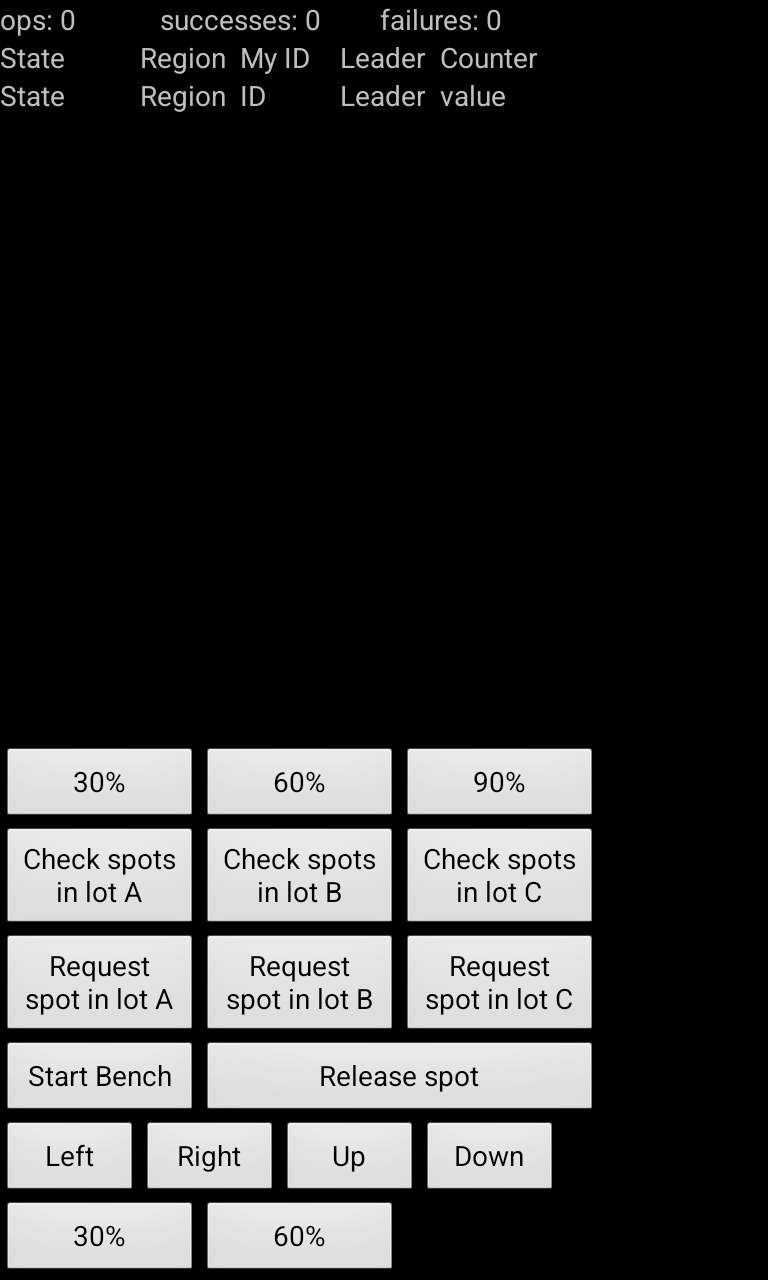
Repository: jasongao/csmcode
Layout: current/workspace/VNConsistent/res/layout/main.xml
An editor plug-in stored every save of this project. The layout is shown before and after a run of saves, followed by the edit.
It is drawn on a 768 x 1280 px phone screen (xhdpi) without system bars, with theme android:Theme; the app's code is not run. Lists and similar views that code fills are empty.

Above is the layout before, as saved 2011-07-14 21:36:33.

### current/workspace/VNConsistent/res/layout/main.xml
<?xml version="1.0" encoding="utf-8"?>
<LinearLayout xmlns:android="http://schemas.android.com/apk/res/android"
	android:orientation="vertical" android:layout_width="fill_parent"
	android:layout_height="fill_parent">

	<LinearLayout android:layout_width="match_parent"
		android:layout_height="wrap_content" android:id="@+id/CountInfoLayout">
		<TextView android:text="ops: 0" android:layout_height="wrap_content"
			android:id="@+id/opcount_tv" android:layout_width="80dip"></TextView>
		<TextView android:text="successes: 0" android:layout_height="wrap_content"
			android:id="@+id/successcount_tv" android:layout_width="110dip"></TextView>
		<TextView android:text="failures: 0" android:layout_height="wrap_content"
			android:id="@+id/failurecount_tv" android:layout_width="90dip"></TextView>
	</LinearLayout>

	<LinearLayout android:layout_width="match_parent"
		android:layout_height="wrap_content" android:id="@+id/StatusHeadingLayout">
		<TextView android:text="State" android:id="@+id/TextView04"
			android:layout_height="wrap_content" android:layout_width="70dip"></TextView>
		<TextView android:text="Region" android:layout_width="50dip"
			android:id="@+id/TextView03" android:layout_height="wrap_content"></TextView>
		<TextView android:text="My ID" android:layout_width="50dip"
			android:id="@+id/TextView01" android:layout_height="wrap_content"></TextView>
		<TextView android:layout_height="wrap_content"
			android:layout_width="50dip" android:text="Leader" android:id="@+id/TextView05"></TextView>
		<TextView android:text="Counter" android:layout_height="wrap_content"
			android:id="@+id/TextView06" android:layout_width="75dip"></TextView>
	</LinearLayout>
	<LinearLayout android:layout_width="match_parent"
		android:layout_height="wrap_content" android:id="@+id/StatusInfoLayout">
		<TextView android:text="State" android:layout_height="wrap_content"
			android:id="@+id/state_tv" android:layout_width="70dip"></TextView>
		<TextView android:text="Region" android:layout_height="wrap_content"
			android:layout_width="50dip" android:id="@+id/region_tv"></TextView>
		<TextView android:text="ID" android:layout_width="50dip"
			android:id="@+id/id_tv" android:layout_height="wrap_content"></TextView>
		<TextView android:layout_height="wrap_content"
			android:layout_width="50dip" android:text="Leader" android:id="@+id/leader_tv"></TextView>
		<TextView android:layout_height="wrap_content"
			android:layout_width="75dip" android:text="value" android:id="@+id/csm_tv"></TextView>
	</LinearLayout>

	<ListView android:id="@+id/msgList" android:layout_width="fill_parent"
		android:layout_height="fill_parent" android:stackFromBottom="true"
		android:transcriptMode="alwaysScroll" android:layout_weight="1">
	</ListView>

	<LinearLayout android:layout_width="fill_parent"
		android:orientation="horizontal" android:layout_height="wrap_content"
		android:id="@+id/SetDistributionLayout">
		<Button android:layout_width="100dip" android:text="30%"
			android:id="@+id/setdistribution30_button" android:layout_height="40dip"></Button>
		<Button android:layout_width="100dip" android:text="60%"
			android:id="@+id/setdistribution60_button" android:layout_height="40dip"></Button>
		<Button android:layout_width="100dip" android:text="90%"
			android:id="@+id/setdistribution90_button" android:layout_height="40dip"></Button>
	</LinearLayout>

	<LinearLayout android:layout_width="fill_parent"
		android:orientation="horizontal" android:layout_height="wrap_content"
		android:id="@+id/CheckSpotLayout">
		<Button android:layout_height="wrap_content"
			android:layout_width="100dip" android:text="Check spots in lot A"
			android:id="@+id/readparkingA_button"></Button>
		<Button android:layout_height="wrap_content"
			android:layout_width="100dip" android:text="Check spots in lot B"
			android:id="@+id/readparkingB_button"></Button>
		<Button android:layout_height="wrap_content"
			android:layout_width="100dip" android:text="Check spots in lot C"
			android:id="@+id/readparkingC_button"></Button>
	</LinearLayout>

	<LinearLayout android:layout_width="fill_parent"
		android:orientation="horizontal" android:layout_height="wrap_content"
		android:id="@+id/RequestSpotLayout">
		<Button android:layout_height="wrap_content"
			android:layout_width="100dip" android:text="Request spot in lot A"
			android:id="@+id/requestparkingA_button"></Button>
		<Button android:layout_height="wrap_content"
			android:layout_width="100dip" android:text="Request spot in lot B"
			android:id="@+id/requestparkingB_button"></Button>
		<Button android:layout_height="wrap_content"
			android:layout_width="100dip" android:text="Request spot in lot C"
			android:id="@+id/requestparkingC_button"></Button>
	</LinearLayout>

	<LinearLayout android:layout_width="fill_parent"
		android:orientation="horizontal" android:layout_height="wrap_content"
		android:id="@+id/RequestLayout">
		<Button android:layout_width="100dip" android:text="Start Bench"
			android:id="@+id/testcsm_button" android:layout_height="40dip"></Button>
		<Button android:layout_width="200dip" android:text="Release spot"
			android:id="@+id/releaseparking_button" android:layout_height="40dip"></Button>
	</LinearLayout>

	<LinearLayout android:layout_width="fill_parent"
		android:orientation="horizontal" android:layout_height="wrap_content"
		android:id="@+id/RegionButtonLayout">
		<Button android:text="Left" android:id="@+id/left_button"
			android:layout_width="70dip" android:layout_height="40dip"/>
		<Button android:text="Right" android:id="@+id/right_button"
			android:layout_width="70dip" android:layout_height="40dip"></Button>
		<Button android:text="Up" android:id="@+id/up_button"
			android:layout_width="70dip" android:layout_height="40dip"/>
		<Button android:text="Down" android:id="@+id/down_button"
			android:layout_width="70dip" android:layout_height="40dip"/>
	</LinearLayout>

	<LinearLayout android:layout_width="fill_parent"
		android:orientation="horizontal" android:layout_height="wrap_content"
		android:id="@+id/SetDistributionLayout">
		<Button android:layout_width="100dip" android:text="30%"
			android:id="@+id/setdistribution30_button" android:layout_height="40dip"></Button>
		<Button android:layout_width="100dip" android:text="60%"
			android:id="@+id/setdistribution60_button" android:layout_height="40dip"></Button>
	</LinearLayout>

</LinearLayout>

After the next 2 saves:
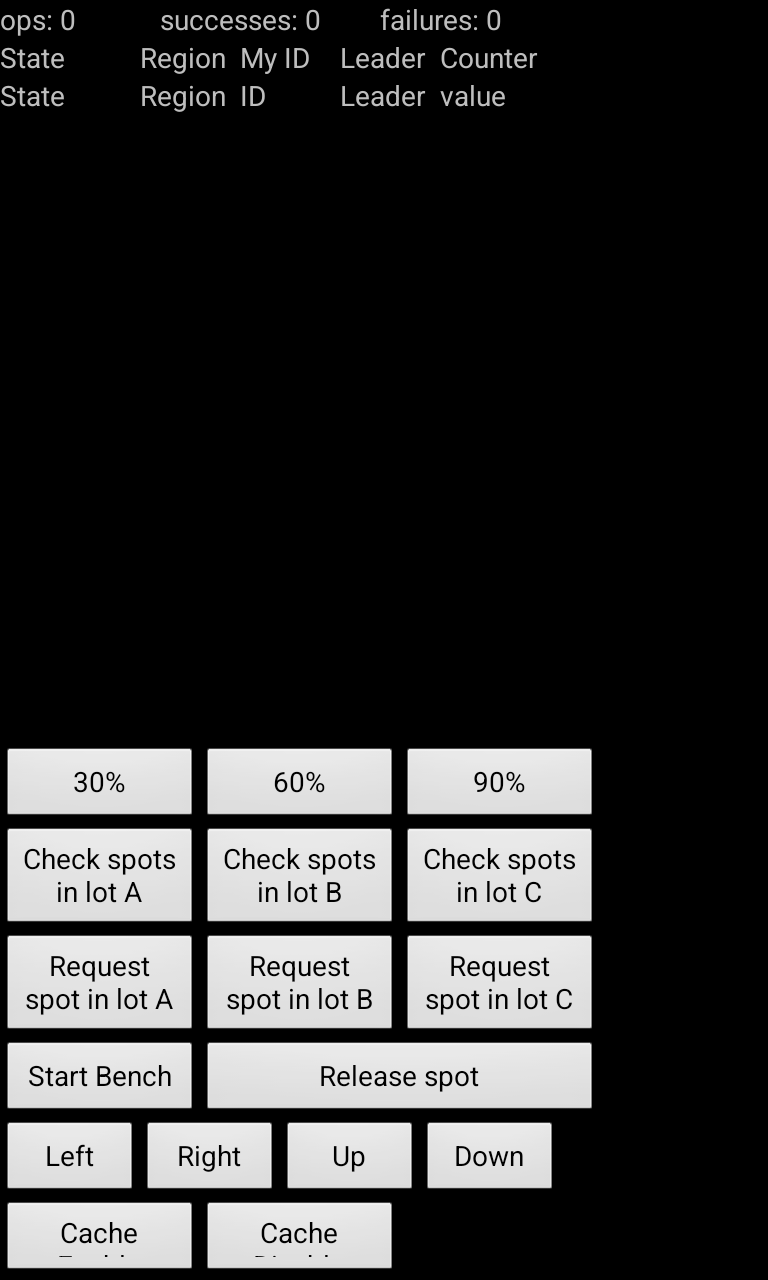
The 2 saves are shown as one change because they came seconds apart.
The last was saved 10 s later.
--- a/current/workspace/VNConsistent/res/layout/main.xml
+++ b/current/workspace/VNConsistent/res/layout/main.xml
@@ -109,9 +109,9 @@
 	<LinearLayout android:layout_width="fill_parent"
 		android:orientation="horizontal" android:layout_height="wrap_content"
 		android:id="@+id/SetDistributionLayout">
-		<Button android:layout_width="100dip" android:text="30%"
+		<Button android:layout_width="100dip" android:text="Cache Enable"
 			android:id="@+id/setdistribution30_button" android:layout_height="40dip"></Button>
-		<Button android:layout_width="100dip" android:text="60%"
+		<Button android:layout_width="100dip" android:text="Cache Disable"
 			android:id="@+id/setdistribution60_button" android:layout_height="40dip"></Button>
 	</LinearLayout>
 
